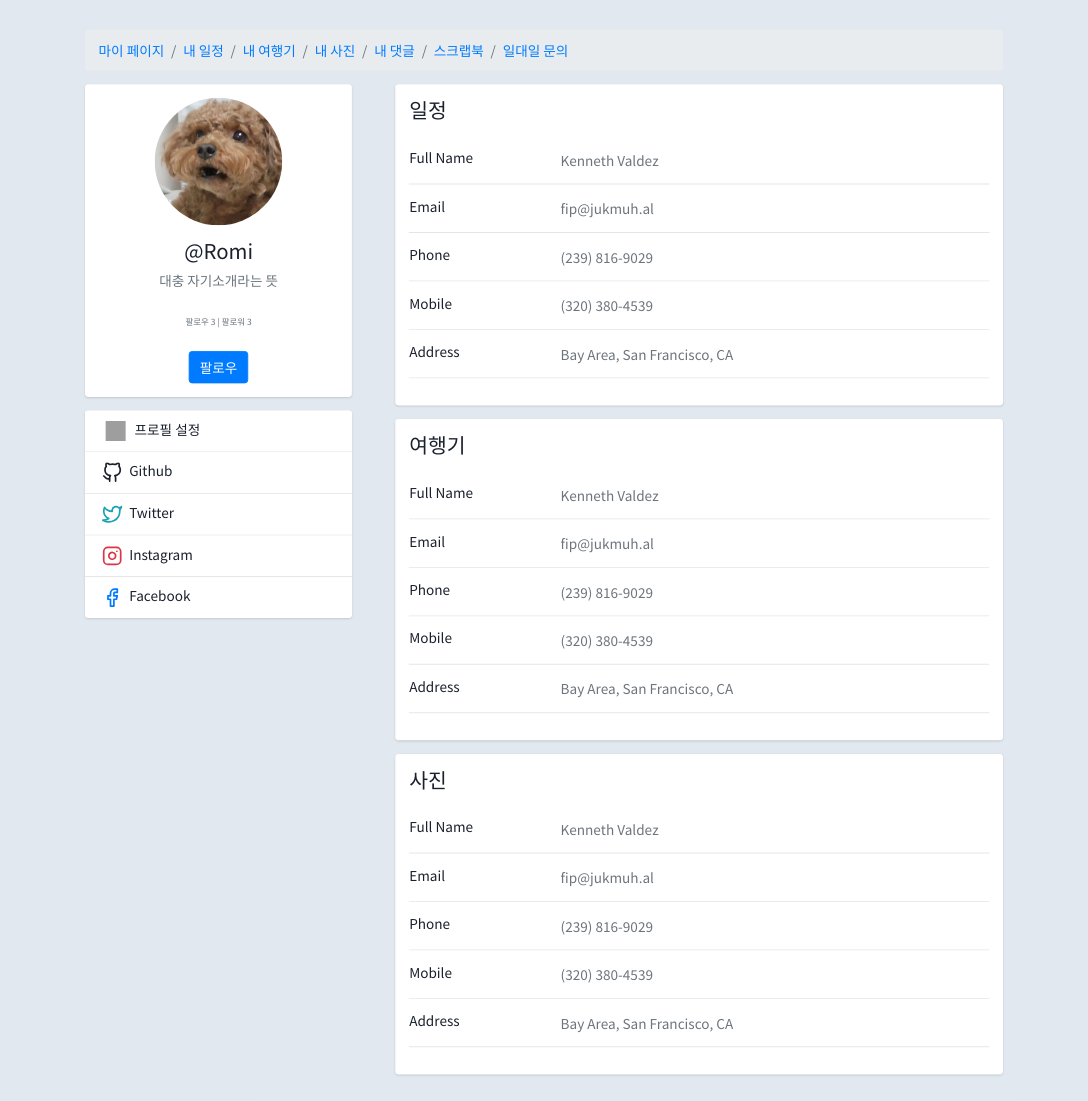
Repository: jangseohyun/LEGGO_2021
Page: http://localhost/PrjApp/ProfileTest.jsp
These files come from the project's save history. The page is drawn as it stood at one moment and after the next save; the edit follows.
The browser window is 1280 px wide. The pictures show the whole page, at 85% of full size.
Pictures or frames that could not be fetched are drawn as grey boxes. Some web libraries are served in a nearby version. The page is served by Tomcat 9. Other server files are loaded and not shown.

Above is the page before, as saved 2021-06-27 10:06:45.

### PrjApp/WebContent/ProfileTest.jsp
<%@ page contentType="text/html; charset=UTF-8"%>
<%@ taglib prefix="c" uri="http://java.sun.com/jsp/jstl/core"%>
<%
	request.setCharacterEncoding("UTF-8");
	String cp = request.getContextPath();
%>
<!DOCTYPE html>
<head>
    <meta charset="utf-8">
    <!--  This file has been downloaded from bootdey.com @bootdey on twitter -->
    <!--  All snippets are MIT license http://bootdey.com/license -->
    <title>ProfileTest.jsp</title>
    <meta name="viewport" content="width=device-width, initial-scale=1">
	<script src="https://code.jquery.com/jquery-1.10.2.min.js"></script>
    <link href="https://cdn.jsdelivr.net/npm/bootstrap@4.4.1/dist/css/bootstrap.min.css" rel="stylesheet">
	<script src="https://cdn.jsdelivr.net/npm/bootstrap@4.4.1/dist/js/bootstrap.bundle.min.js"></script>
	<link rel="preconnect" href="https://fonts.googleapis.com">
	<link rel="preconnect" href="https://fonts.gstatic.com" crossorigin>
	<link href="https://fonts.googleapis.com/css2?family=Noto+Sans+KR:wght@400;700&display=swap" rel="stylesheet">
</head>
<body>
<div class="container">
    <div class="main-body">

          <!-- 상단 메뉴 -->
          <nav aria-label="breadcrumb" class="main-breadcrumb">
            <ol class="breadcrumb">
              <li class="breadcrumb-item" aria-current="page"><a href="javascript:void(0)">마이 페이지</a></li>
              <li class="breadcrumb-item"><a href="">내 일정</a></li>
              <li class="breadcrumb-item"><a href="">내 여행기</a></li>
              <li class="breadcrumb-item"><a href="">내 사진</a></li>
              <li class="breadcrumb-item"><a href="">내 댓글</a></li>
              <li class="breadcrumb-item"><a href="">스크랩북</a></li>
              <li class="breadcrumb-item"><a href="">일대일 문의</a></li>
            </ol>
          </nav>

          <div class="row gutters-sm">
            <div class="col-md-4 mb-3">

              <!-- 프로필 -->
              <div class="card w-90">
                <div class="card-body">
                  <div class="d-flex flex-column align-items-center text-center">
                    <img src="images/profile_img_sample.jpg" alt="Admin" class="rounded-circle" width="150">
                    <div class="mt-3">
                      <h4>@Romi</h4>
                      <p class="text-secondary mb-1">대충 자기소개라는 뜻</p><br>
                      <p class="text-secondary mb-1" style="font-size: 10px;">팔로우 3  |  팔로워 3</p><br>
                      <button class="btn btn-primary">팔로우</button>
                    </div>
                  </div>
                </div>
              </div>

              <!-- 프로필 버튼 -->
              <div class="card mt-3 w-90">
                <ul class="list-group list-group-flush">
                  <li class="list-group-item d-flex justify-content-between align-items-center flex-wrap">
                    <h6 class="mb-0">&nbsp;<img src="https://image.flaticon.com/icons/png/512/3524/3524752.png" width="24" height="24">&nbsp;&nbsp;&nbsp;프로필 설정</h6>
                    <!-- <span class="text-secondary">https://bootdey.com</span> -->
                  </li>
                  <li class="list-group-item d-flex justify-content-between align-items-center flex-wrap">
                    <h6 class="mb-0"><svg xmlns="http://www.w3.org/2000/svg" width="24" height="24" viewBox="0 0 24 24" fill="none" stroke="currentColor" stroke-width="2" stroke-linecap="round" stroke-linejoin="round" class="feather feather-github mr-2 icon-inline"><path d="M9 19c-5 1.5-5-2.5-7-3m14 6v-3.87a3.37 3.37 0 0 0-.94-2.61c3.14-.35 6.44-1.54 6.44-7A5.44 5.44 0 0 0 20 4.77 5.07 5.07 0 0 0 19.91 1S18.73.65 16 2.48a13.38 13.38 0 0 0-7 0C6.27.65 5.09 1 5.09 1A5.07 5.07 0 0 0 5 4.77a5.44 5.44 0 0 0-1.5 3.78c0 5.42 3.3 6.61 6.44 7A3.37 3.37 0 0 0 9 18.13V22"></path></svg>Github</h6>
                  </li>
                  <li class="list-group-item d-flex justify-content-between align-items-center flex-wrap">
                    <h6 class="mb-0"><svg xmlns="http://www.w3.org/2000/svg" width="24" height="24" viewBox="0 0 24 24" fill="none" stroke="currentColor" stroke-width="2" stroke-linecap="round" stroke-linejoin="round" class="feather feather-twitter mr-2 icon-inline text-info"><path d="M23 3a10.9 10.9 0 0 1-3.14 1.53 4.48 4.48 0 0 0-7.86 3v1A10.66 10.66 0 0 1 3 4s-4 9 5 13a11.64 11.64 0 0 1-7 2c9 5 20 0 20-11.5a4.5 4.5 0 0 0-.08-.83A7.72 7.72 0 0 0 23 3z"></path></svg>Twitter</h6>
                  </li>
                  <li class="list-group-item d-flex justify-content-between align-items-center flex-wrap">
                    <h6 class="mb-0"><svg xmlns="http://www.w3.org/2000/svg" width="24" height="24" viewBox="0 0 24 24" fill="none" stroke="currentColor" stroke-width="2" stroke-linecap="round" stroke-linejoin="round" class="feather feather-instagram mr-2 icon-inline text-danger"><rect x="2" y="2" width="20" height="20" rx="5" ry="5"></rect><path d="M16 11.37A4 4 0 1 1 12.63 8 4 4 0 0 1 16 11.37z"></path><line x1="17.5" y1="6.5" x2="17.51" y2="6.5"></line></svg>Instagram</h6>
                  </li>
                  <li class="list-group-item d-flex justify-content-between align-items-center flex-wrap">
                    <h6 class="mb-0"><svg xmlns="http://www.w3.org/2000/svg" width="24" height="24" viewBox="0 0 24 24" fill="none" stroke="currentColor" stroke-width="2" stroke-linecap="round" stroke-linejoin="round" class="feather feather-facebook mr-2 icon-inline text-primary"><path d="M18 2h-3a5 5 0 0 0-5 5v3H7v4h3v8h4v-8h3l1-4h-4V7a1 1 0 0 1 1-1h3z"></path></svg>Facebook</h6>
                  </li>
                </ul>
              </div>
            </div>

            <!-- 일정 -->
            <div class="col-md-8">
              <div class="card mb-3">
                <div class="card-body">
                  <h4>일정</h4><br>
                  <div class="row">
                    <div class="col-sm-3">
                      <h6 class="mb-0">Full Name</h6>
                    </div>
                    <div class="col-sm-9 text-secondary">
                      Kenneth Valdez
                    </div>
                  </div>
                  <hr>
                  <div class="row">
                    <div class="col-sm-3">
                      <h6 class="mb-0">Email</h6>
                    </div>
                    <div class="col-sm-9 text-secondary">
                      fip@jukmuh.al
                    </div>
                  </div>
                  <hr>
                  <div class="row">
                    <div class="col-sm-3">
                      <h6 class="mb-0">Phone</h6>
                    </div>
                    <div class="col-sm-9 text-secondary">
                      (239) 816-9029
                    </div>
                  </div>
                  <hr>
                  <div class="row">
                    <div class="col-sm-3">
                      <h6 class="mb-0">Mobile</h6>
                    </div>
                    <div class="col-sm-9 text-secondary">
                      (320) 380-4539
                    </div>
                  </div>
                  <hr>
                  <div class="row">
                    <div class="col-sm-3">
                      <h6 class="mb-0">Address</h6>
                    </div>
                    <div class="col-sm-9 text-secondary">
                      Bay Area, San Francisco, CA
                    </div>
                  </div>
                  <hr>
                  <div class="row">
                  <!--
                    <div class="col-sm-12">
                      <a class="btn btn-info " target="__blank" href="https://www.bootdey.com/snippets/view/profile-edit-data-and-skills">Edit</a>
                    </div>
                   -->
                  </div>
                </div>
              </div>

              <!-- 여행기 -->
              <div class="card mb-3">
                <div class="card-body">
                  <h4>여행기</h4><br>
                  <div class="row">
                    <div class="col-sm-3">
                      <h6 class="mb-0">Full Name</h6>
                    </div>
                    <div class="col-sm-9 text-secondary">
                      Kenneth Valdez
                    </div>
                  </div>
                  <hr>
                  <div class="row">
                    <div class="col-sm-3">
                      <h6 class="mb-0">Email</h6>
                    </div>
                    <div class="col-sm-9 text-secondary">
                      fip@jukmuh.al
                    </div>
                  </div>
                  <hr>
                  <div class="row">
                    <div class="col-sm-3">
                      <h6 class="mb-0">Phone</h6>
                    </div>
                    <div class="col-sm-9 text-secondary">
                      (239) 816-9029
                    </div>
                  </div>
                  <hr>
                  <div class="row">
                    <div class="col-sm-3">
                      <h6 class="mb-0">Mobile</h6>
                    </div>
                    <div class="col-sm-9 text-secondary">
                      (320) 380-4539
                    </div>
                  </div>
                  <hr>
                  <div class="row">
                    <div class="col-sm-3">
                      <h6 class="mb-0">Address</h6>
                    </div>
                    <div class="col-sm-9 text-secondary">
                      Bay Area, San Francisco, CA
                    </div>
                  </div>
                  <hr>
                  <div class="row">
                  <!--
                    <div class="col-sm-12">
                      <a class="btn btn-info " target="__blank" href="https://www.bootdey.com/snippets/view/profile-edit-data-and-skills">Edit</a>
                    </div>
                   -->
                  </div>
                </div>
              </div>

              <!-- 사진 -->
              <div class="card mb-3">
                <div class="card-body">
                  <h4>사진</h4><br>
                  <div class="row">
                    <div class="col-sm-3">
                      <h6 class="mb-0">Full Name</h6>
                    </div>
                    <div class="col-sm-9 text-secondary">
                      Kenneth Valdez
                    </div>
                  </div>
                  <hr>
                  <div class="row">
                    <div class="col-sm-3">
                      <h6 class="mb-0">Email</h6>
                    </div>
                    <div class="col-sm-9 text-secondary">
                      fip@jukmuh.al
                    </div>
                  </div>
                  <hr>
                  <div class="row">
                    <div class="col-sm-3">
                      <h6 class="mb-0">Phone</h6>
                    </div>
                    <div class="col-sm-9 text-secondary">
                      (239) 816-9029
                    </div>
                  </div>
                  <hr>
                  <div class="row">
                    <div class="col-sm-3">
                      <h6 class="mb-0">Mobile</h6>
                    </div>
                    <div class="col-sm-9 text-secondary">
                      (320) 380-4539
                    </div>
                  </div>
                  <hr>
                  <div class="row">
                    <div class="col-sm-3">
                      <h6 class="mb-0">Address</h6>
                    </div>
                    <div class="col-sm-9 text-secondary">
                      Bay Area, San Francisco, CA
                    </div>
                  </div>
                  <hr>
                  <div class="row">
                  <!--
                    <div class="col-sm-12">
                      <a class="btn btn-info " target="__blank" href="https://www.bootdey.com/snippets/view/profile-edit-data-and-skills">Edit</a>
                    </div>
                   -->
                  </div>
                </div>
              </div>

            </div><!-- end col-md-8 -->
         </div><!-- end row gutters-sm -->
     </div><!-- end main-body -->
</div><!-- end container -->

<style type="text/css">
body{
    margin-top:20px;
    color: #1a202c;
    text-align: left;
    background-color: #e2e8f0;
    font-family: 'Noto Sans KR', sans-serif;
}
.main-body {
    padding: 15px;
}
.card {
    box-shadow: 0 1px 3px 0 rgba(0,0,0,.1), 0 1px 2px 0 rgba(0,0,0,.06);
}

.card {
    position: relative;
    display: flex;
    flex-direction: column;
    min-width: 0;
    word-wrap: break-word;
    background-color: #fff;
    background-clip: border-box;
    border: 0 solid rgba(0,0,0,.125);
    border-radius: .25rem;
}

.card-body {
    flex: 1 1 auto;
    min-height: 1px;
    padding: 1rem;
}

.gutters-sm {
    margin-right: -8px;
    margin-left: -8px;
}

.gutters-sm>.col, .gutters-sm>[class*=col-] {
    padding-right: 8px;
    padding-left: 8px;
}
.mb-3, .my-3 {
    margin-bottom: 1rem!important;
}

.bg-gray-300 {
    background-color: #e2e8f0;
}
.h-100 {
    height: 100%!important;
}
.shadow-none {
    box-shadow: none!important;
}
.w-90 {
	width: 90%!important;
}

</style>

<script type="text/javascript">

</script>
</body>
</html>

After the next save:
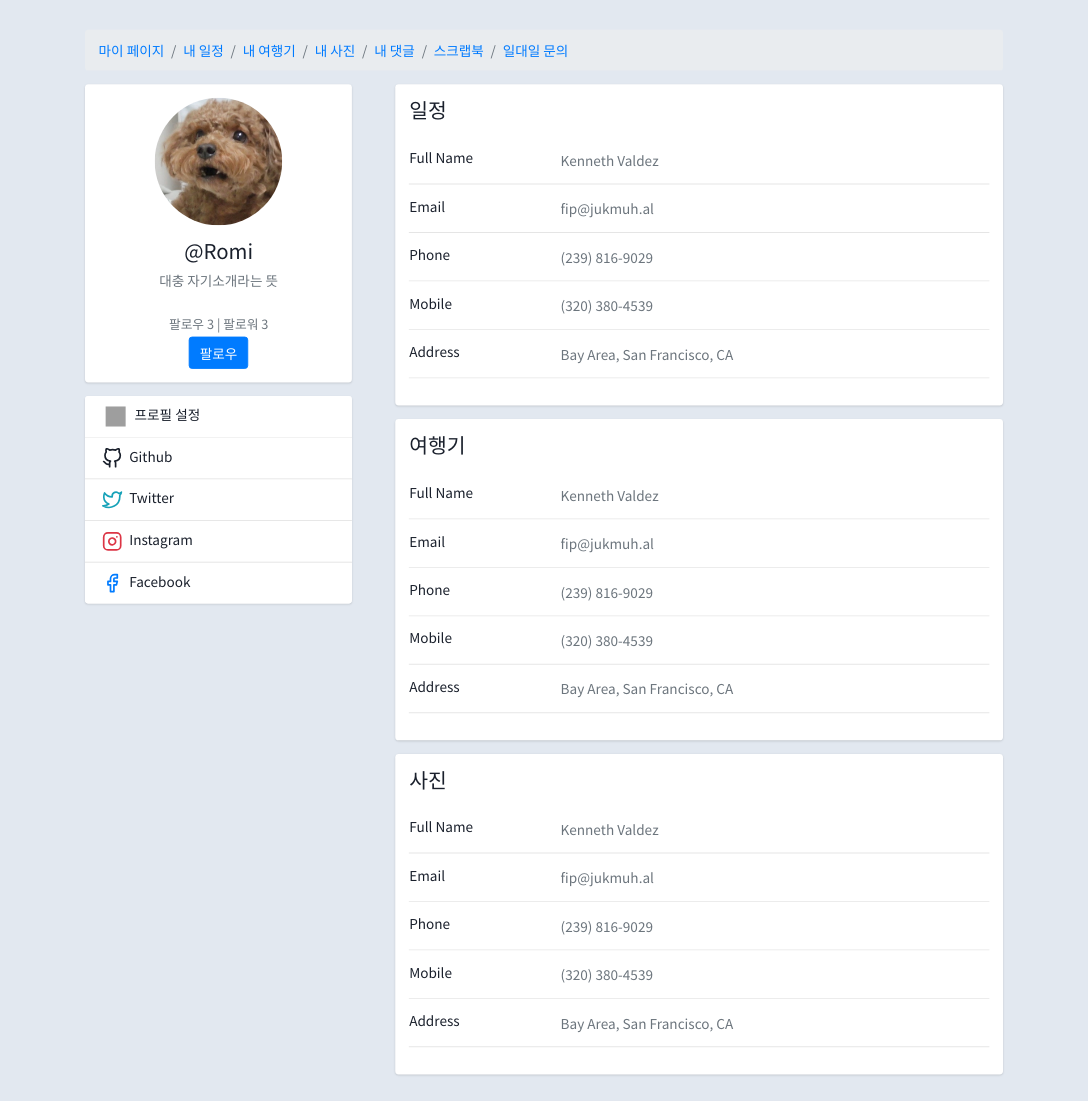
Saved 13 s later.
--- a/PrjApp/WebContent/ProfileTest.jsp
+++ b/PrjApp/WebContent/ProfileTest.jsp
@@ -46,7 +46,7 @@
                     <div class="mt-3">
                       <h4>@Romi</h4>
                       <p class="text-secondary mb-1">대충 자기소개라는 뜻</p><br>
-                      <p class="text-secondary mb-1" style="font-size: 10px;">팔로우 3  |  팔로워 3</p><br>
+                      <p class="text-secondary mb-1" style="font-size: 15px;">팔로우 3  |  팔로워 3</p>
                       <button class="btn btn-primary">팔로우</button>
                     </div>
                   </div>
